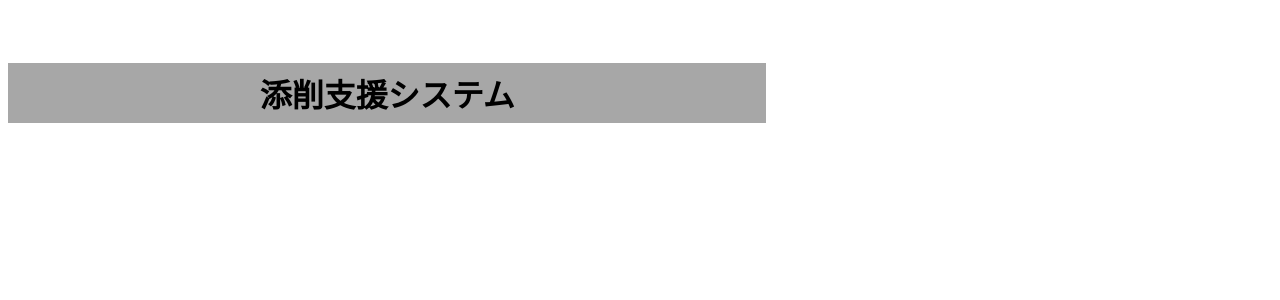
Repository: k-murakami18/canvas_v2
Page: Main.html
An editor plug-in stored every save of this project. The page is shown before and after the next save, followed by the edit.
The browser window is 1280 px wide. The pictures show the whole page.

Above is the page before, as saved 2021-01-04 19:33:30.

### Main.html
<!DOCTYPE html>
<html lang="en">
<head>
  <meta charset="UTF-8">
  <title>添削支援システム</title>
  <link rel="stylesheet" href="css/jquery-ui-1.8.16.custom.css" />
  <link rel="stylesheet" href="./style.css">
  <link rel="stylesheet" href="https://cdn.jsdelivr.net/npm/simplebar@latest/dist/simplebar.css">
  <script src="//cdnjs.cloudflare.com/ajax/libs/jspdf/1.3.3/jspdf.min.js"></script>
  <script src="js/jquery.1.6.4.min.js"></script>
  <script src="js/jquery-ui-1.8.16.custom.min.js"></script>
  <script type="text/javascript" src="./dist/fabric.js"></script>
  <script type="text/javascript" src="./dist/fabric.min.js"></script>
</head>

<body>
  <!--タイトルとファイル選択-->
  <div class="title">
    <div class="title_container">
      <div style="float: left;">
        <h1 id="title" style="display:inline;">添削支援システム</h1>
      </div>
    </div>
  </div>
  <div style="clear:left;"></div>

</body>
</html>

### style.css
/*タイトルコンテナ*/
.title_container{
  width: 60%;
  height: 60px;
  display: flex;
  background-color: #A7A7A7;
  justify-content: center; /*左右中央*/
  align-items: center; /*上下中央*/
  margin-top: 5%;
  margin-bottom: 5px;
}

/*ボタンコンテナ*/
.button_container{
  width: 50px;
  height: 602px;
  background-color: #DADADA;
  margin-bottom: 5px;
  margin-right: 5px;
}

/*各ボタンの設定*/
.btn-box,.btn_box{
  display: inline-block;
  widows: 25px;
  height: 25px;
  border: 1px black solid;
  padding: 2px;
  border-radius: 5px;
}
.btn_box_black{
  display: inline-block;
  widows: 25px;
  height: 25px;
  border: 1px white solid;
  padding: 2px;
  border-radius: 5px;
}
.select{
  margin-top: 10px;
  margin-left: 9px;
}
.aaa{
  margin-top: 0px;
  margin-left: 9px;
}
.margin{
  margin-top: 10px;
  margin-left: 9px;
}

/*ボタン枠線削除*/
input:focus {
	outline:0;
}

/*キャンバス*/
canvas {
	position: relative;
	border:1px solid #000;
}

/*保存履歴コンテナ*/
.history_container{
  height: 600px;
  width: 330px;
  background-color: whitesmoke;
  border: 1px solid black;
  margin-left: 10px;
}

/*保存履歴タイトル*/
#title_tmpList{
  margin-top: 2px;
  margin-left: 10px;
  margin-bottom: 2px;
  font-weight: bolder;
  text-align: center;
}
.subtitle_tmpList{
  margin-top: 3px;
  margin-bottom: 3px;
  font-weight: bolder;
  font-size: 13px;
  text-align: center;
}

/*「保存履歴」の下線*/
.hr{
  border-bottom: 1px solid black;
  width: 93%;
  margin-left: auto;
  margin-right: auto;
}
/*「ブックマーク」「添削保存」の下線*/
.hr2{
  border-bottom: 1px solid black;
  width: 83%;
  margin-left: auto;
  margin-right: auto;
}

#bookmark_viewpanel{
  height: 539px;
  width: 100px;
  background-color: whitesmoke;
  margin-top: 5px;
}

#normal_viewpanel{
  height: 539px;
  width: 190px;
  background-color: whitesmoke;
  margin-top: 5px;
}

#bookmark_tmp{
  border-right: 1px solid black;
}

.tmpImage{
  border: 1px solid black;
  margin-left: 10px;
}

#setColor li{
  display: inline-block;
  width: 25px;
  height: 25px;
  border:1px solid #000;
}

Loaded but not shown: css/jquery-ui-1.8.16.custom.css (library); js/jquery.1.6.4.min.js (library); js/jquery-ui-1.8.16.custom.min.js (library); dist/fabric.js (library); dist/fabric.min.js (library)

After the next save:
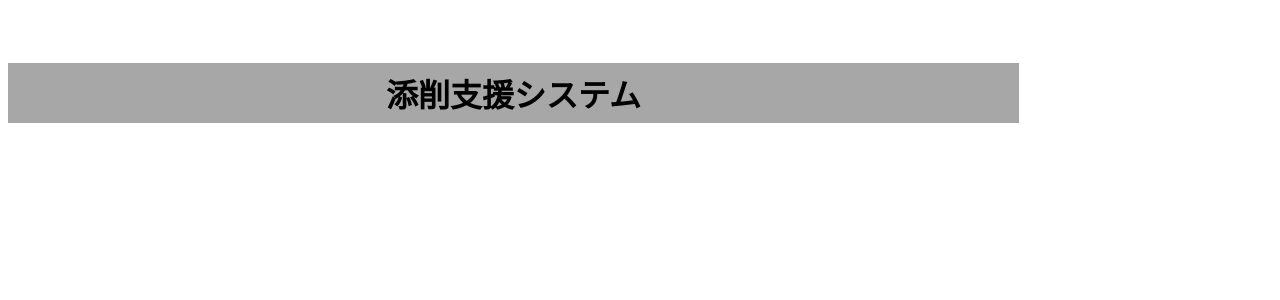
Saved 8 s later.
--- a/style.css
+++ b/style.css
@@ -1,6 +1,6 @@
 /*タイトルコンテナ*/
 .title_container{
-  width: 60%;
+  width: 80%;
   height: 60px;
   display: flex;
   background-color: #A7A7A7;
